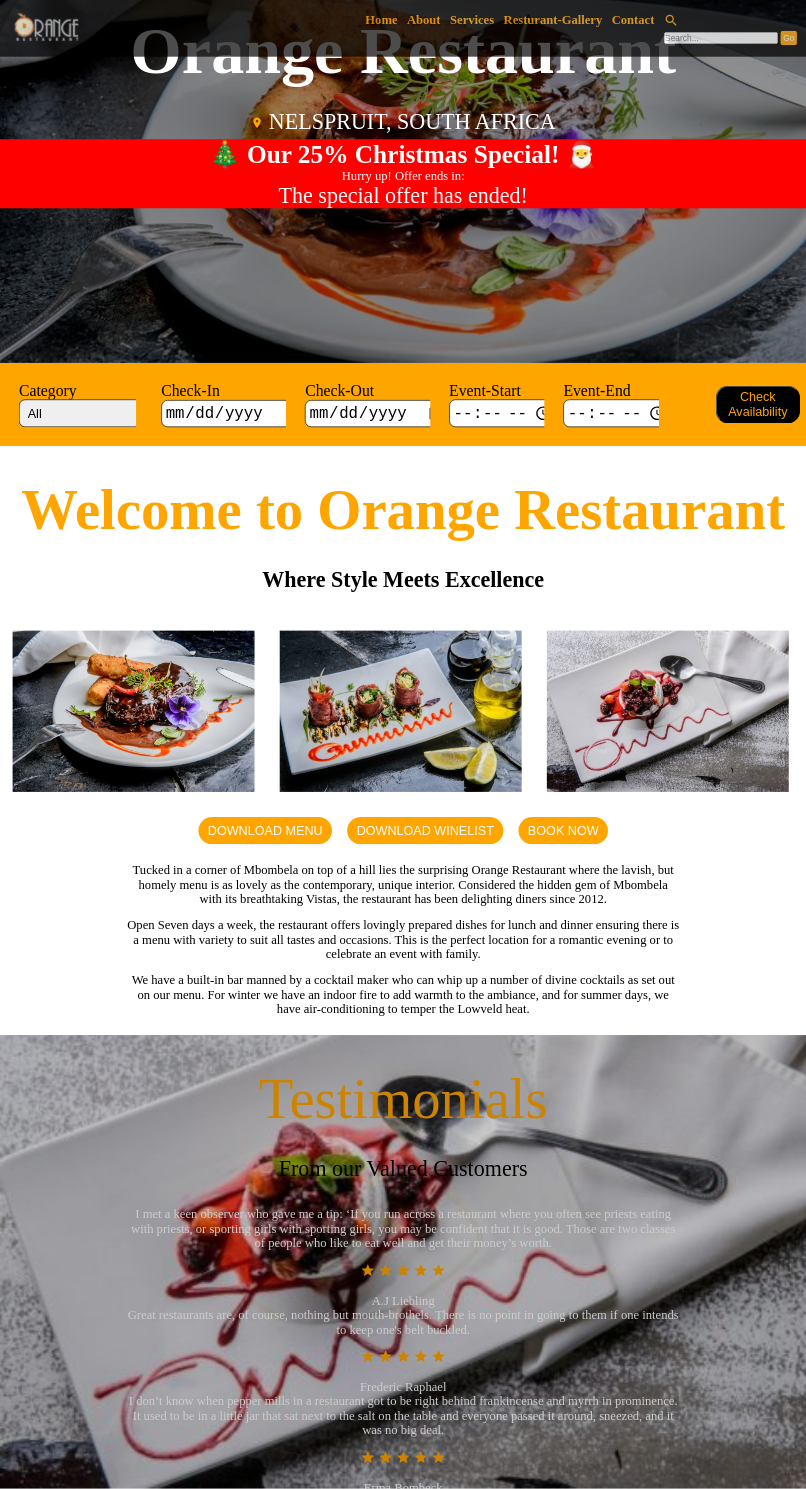
Repository: KaraboM20/KaraboUpdatedProjectOrang-Rest
Page: index.html
The author's editor kept a copy of each file at every save. The page is drawn from the files as they stood at one save, then again after the next save.
The browser window is 1280 px wide. The pictures show the whole page, at 63% of full size.

Above is the page before, as saved 2025-01-31 14:02:34.

After the next save:
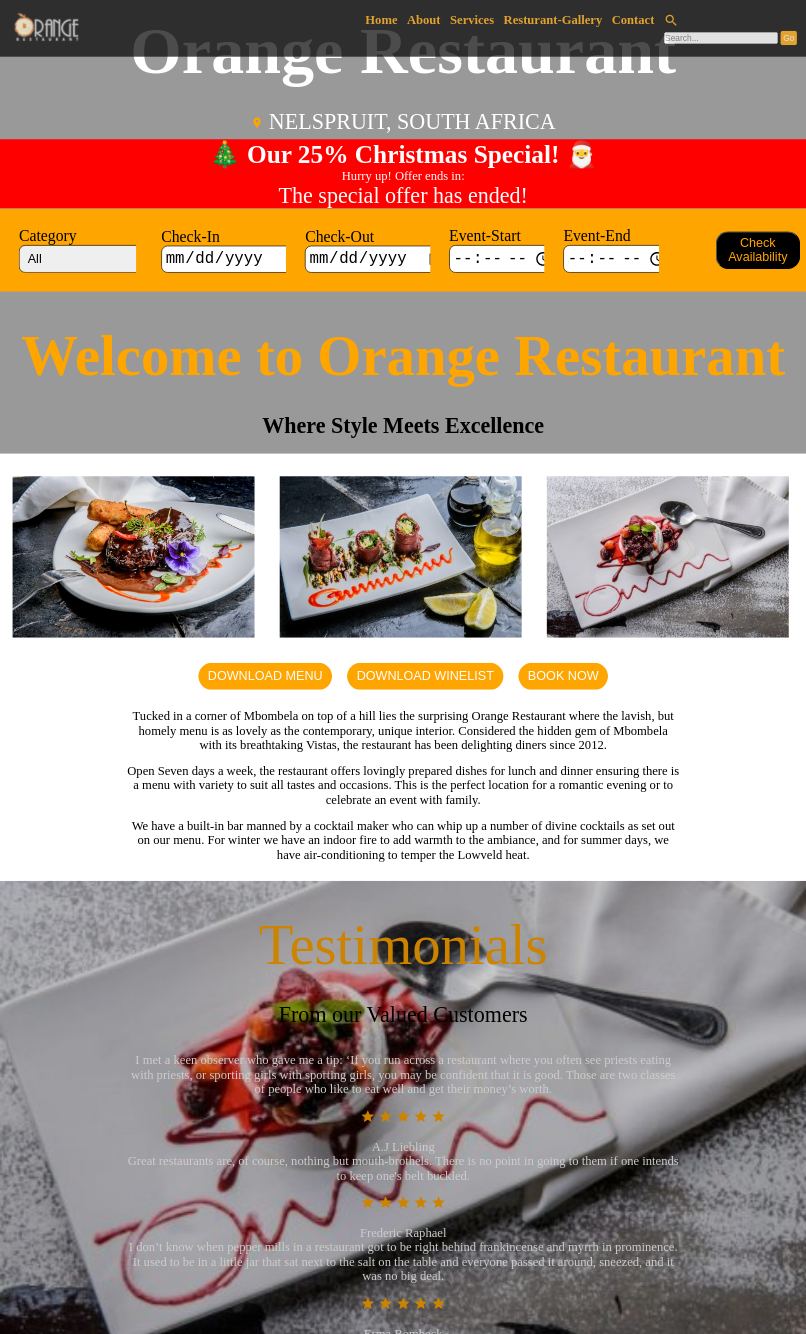
Saved 15 s later.
--- a/style.css
+++ b/style.css
@@ -15,7 +15,7 @@
     z-index: 1000;
 }
 
-
+.banner
 
 .upper-section {
     background-image: url(./assets/food-image.jpg);

After the save that followed:
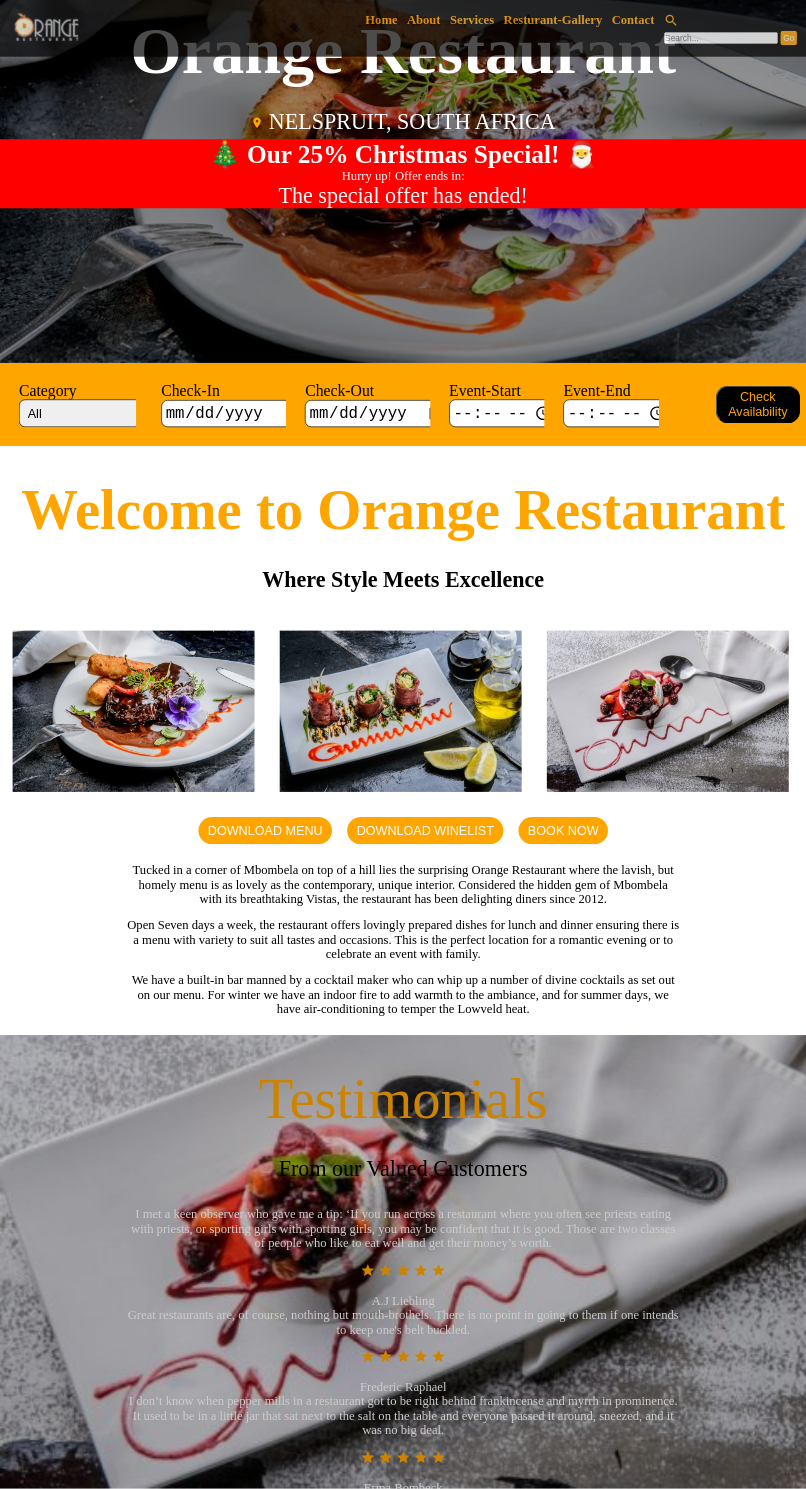
Saved 5 s later.
--- a/style.css
+++ b/style.css
@@ -15,7 +15,9 @@
     z-index: 1000;
 }
 
-.banner
+.banner-section {
+
+}
 
 .upper-section {
     background-image: url(./assets/food-image.jpg);
